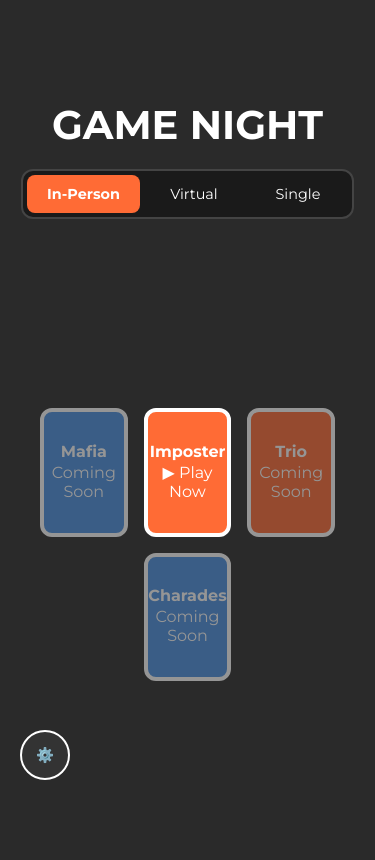
Repository: nfemmanuel/game-night-app
Page: /
An editor plug-in stored every save of this project. The page is shown before and after the next save, followed by the edit.
The browser window is 375 px wide. The pictures show the whole page.
The project was rebuilt for these pictures with package versions that can differ from the ones it lists, and the page was loaded fresh each time. Also part of the build but not shown: src/components/BackButton.jsx, src/components/HelpButton.jsx, src/pages/imposter/ImposterSetup.jsx, src/data/wordList.js, src/pages/imposter/ImposterReveal.jsx, src/pages/imposter/ImposterVoting.jsx.

Above is the page before, as saved 2026-01-03 19:49:48.

After the next save:
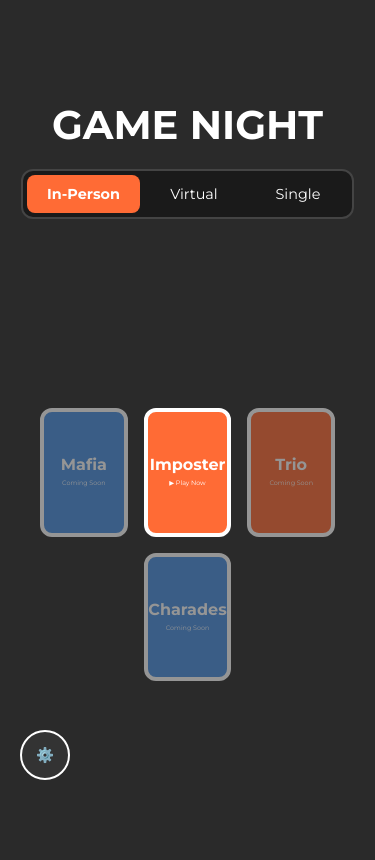
Saved 14 s later.
--- a/src/components/GameCard.module.css
+++ b/src/components/GameCard.module.css
@@ -99,7 +99,7 @@
         overflow-wrap: break-word;
     }
 
-    .cardAvailable {
+    .cardStatus {
         font-size: 0.4rem;
         margin-top: 3px;
         white-space: nowrap;
